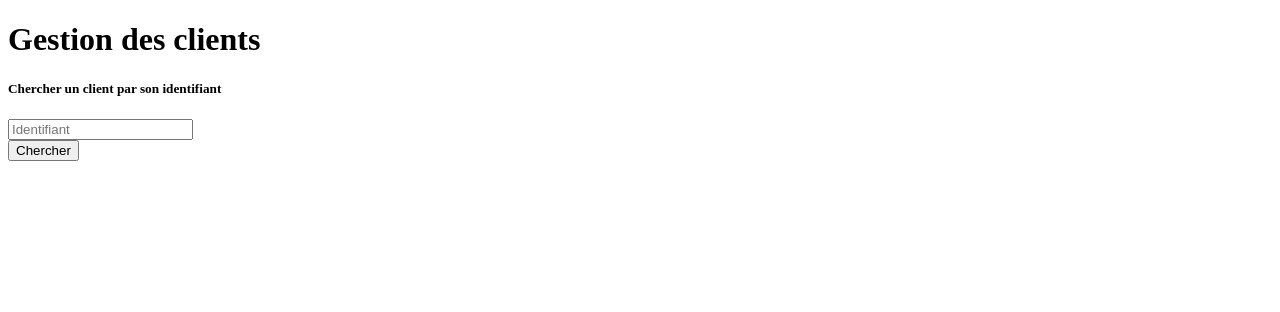
Repository: liiiseee/Projet
Page: http://localhost/02_projet_gestion_clients_compte/chercher-client.jsp
The author's editor kept a copy of each file at every save. The page is drawn from the files as they stood at one save, then again after the next save.
The browser window is 1280 px wide. The pictures show the whole page.
The page is served by Tomcat 9.

Above is the page before, as saved 2020-03-31 21:57:46.
Console error: TypeError: Cannot read properties of null (reading 'length')

After the next save:
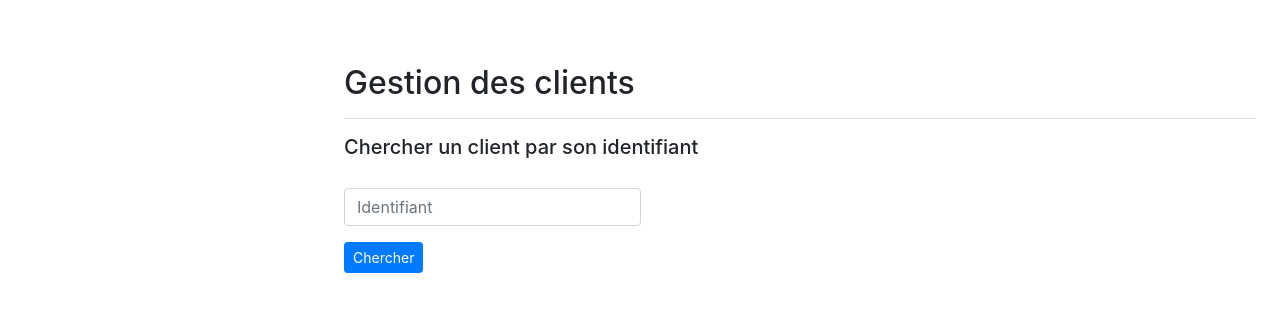
Saved 7 min 15 s later.
--- a/02_projet_gestion_clients_compte/WebContent/chercher-client.jsp
+++ b/02_projet_gestion_clients_compte/WebContent/chercher-client.jsp
@@ -10,6 +10,34 @@
 <head>
 <meta charset="ISO-8859-1">
 <title>chercher client</title>
+<link rel="canonical" href="https://getbootstrap.com/docs/4.4/examples/dashboard/">
+
+    <!-- Bootstrap core CSS -->
+<link href="assets/css/bootstrap.min.css" rel="stylesheet">
+
+    <!-- Favicons -->
+<meta name="theme-color" content="#563d7c">
+
+
+    <style>
+      .bd-placeholder-img {
+        font-size: 1.125rem;
+        text-anchor: middle;
+        -webkit-user-select: none;
+        -moz-user-select: none;
+        -ms-user-select: none;
+        user-select: none;
+      }
+
+      @media (min-width: 768px) {
+        .bd-placeholder-img-lg {
+          font-size: 3.5rem;
+        }
+      }
+    </style>
+
+    <!-- Custom styles for this template -->
+    <link href="assets/css/dashboard.css" rel="stylesheet">
 </head>
 <body>
 <!-- ====================================================================================== -->
